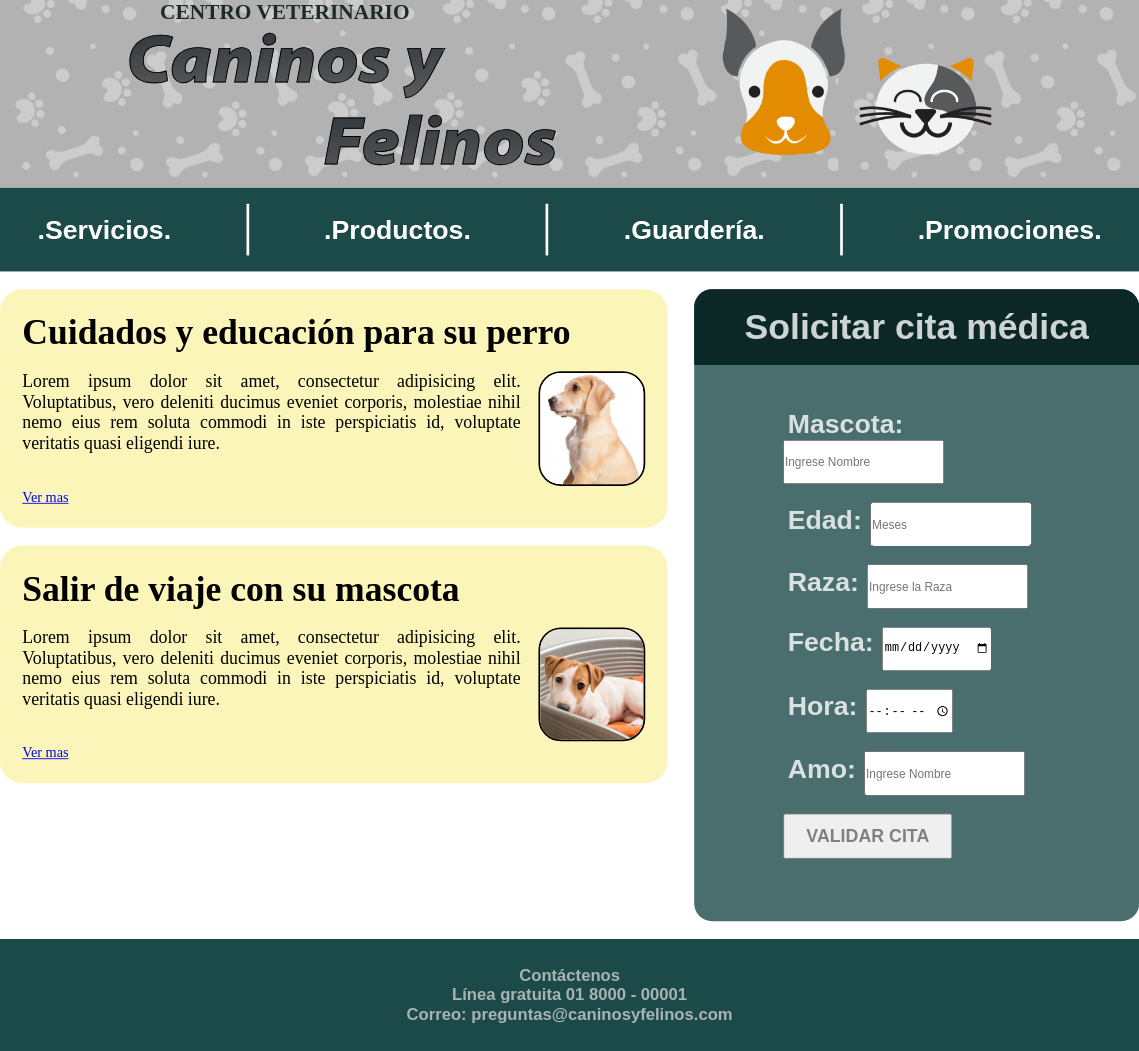
Repository: mariomr87/senaweb01
Page: principal.html
The author's editor kept a copy of each file at every save. The page is drawn from the files as they stood at one save, then again after the next save.
The browser window is 1280 px wide. The pictures show the whole page, at 89% of full size.

Above is the page before, as saved 2021-10-23 13:50:41.

### principal.html
<!DOCTYPE html>
<html lang="en">
<head>
    <meta charset="UTF-8">
    <meta http-equiv="X-UA-Compatible" content="IE=edge">
    <meta name="viewport" content="width=device-width, initial-scale=1.0">
    <link rel="stylesheet" href="estilos.css">
    <title>Document</title>
</head>
<body>
    <div>
        <header>
            <div id="cabecera">
                <div class="header-text">
                    <h3>CENTRO VETERINARIO</h3>
                    <h1><span id="header-text-degrad">Caninos y <br><span id="text-felinos">Felinos</span></spa></h1>
                </div>
                <div class="header-img">
                    <img src="./imagenes/dog_white.png" alt="">
                    <img src="./imagenes/cat_white.png" alt="">
                </div>
            </div>
        </header>
        <nav>
            <td>
                <tr><a href="">.Servicios.</a><span class="linea"></span></tr>
                <tr><a href="">.Productos.</a><span class="linea"></span></tr>
                <tr><a href="">.Guardería.</a><span class="linea"></span></tr>
                <tr><a href="">.Promociones.</a></tr>
            </td>
        </nav>
        <div class="centro-pag">
            <section>
                <article>
                    <h2>Cuidados y educación para su perro</h2>
                    <div class="centropag-texto">
                        <p>Lorem ipsum dolor sit amet, consectetur adipisicing elit. Voluptatibus, vero deleniti ducimus eveniet corporis, molestiae nihil nemo eius rem soluta commodi in iste perspiciatis id, voluptate veritatis quasi eligendi iure.</p>
                        <div><img src="./imagenes/perro1.png" alt=""></div>
                    </div>
                    <a href="#">Ver mas</a>
                </article>
                <article>
                    <h2>Salir de viaje con su mascota</h2>
                    <div class="centropag-texto">
                        <p>Lorem ipsum dolor sit amet, consectetur adipisicing elit. Voluptatibus, vero deleniti ducimus eveniet corporis, molestiae nihil nemo eius rem soluta commodi in iste perspiciatis id, voluptate veritatis quasi eligendi iure.</p>
                        <div><img src="./imagenes/perro2.png" alt=""></div>
                    </div>
                    <a href="#">Ver mas</a>
                </article>
            </section>
            <aside>
                <form action="">
                    <div><h2>Solicitar cita médica</h2></div>
                    <div class="cuestionario">
                        <label for="mascota_name">Mascota:</label>
                        <input type="text" placeholder="Ingrese Nombre" id=""><br>

                        <label for="age_pet">Edad:</label>
                        <input type="number" name="" id="" placeholder="Meses"><br>

                        <label for="raza_pet">Raza:</label>
                        <input type="text" name="" id="" placeholder="Ingrese la Raza"><br>

                        <label for="fecha_ingreso_pet">Fecha:</label>
                        <input type="date" name="" id=""><br>

                        <label for="hora_ingreso_pet">Hora:</label>
                        <input type="time" name="" id=""><br>

                        <label for="amo_pet">Amo:</label>
                        <input type="text" name="" id="" placeholder="Ingrese Nombre"><br>

                        <button type="submit">VALIDAR CITA</button>
                    </div>
                </form>
            </aside>
        </div>
        <footer>
            <h3>Contáctenos</h3>
            <h3>Línea gratuita 01 8000 - 00001</h3>
            <h3>Correo: preguntas@caninosyfelinos.com</h3>
        </footer>
    </div>
</body>
</html>

### estilos.css
*{
    margin: 0px;
    padding: 0px;
    box-sizing:border-box;
}

@font-face {
    font-family: Myriad_Pro ;
    src: url(./extra/MyriadProBlackSemiExtendedItalic.otf);
}

h1{
    font-family: Myriad_pro;
}

header div img{
    width: 10em;
}

#cabecera{
    background-image: url("./imagenes/fondo.png");
    background-repeat: initial;
    width: 100%;
    display: flex;
    text-align: center;
}

.header-text,.header-img{
    width:50%;
}

.header-text h3{
    font-size: 1.5em;
    color:#1c2c24;
}

.header-text h1{
    font-size: 4.8em;
}

#header-text-degrad{
    background: linear-gradient(#30373b,#5c5c5c);
    -webkit-background-clip: text;
    -webkit-text-fill-color: transparent;
    -webkit-text-stroke: 1px black;
}

#text-felinos{
    margin-left: 350px;
}

nav{
    display: flex;
    flex-direction: row;
    justify-content: space-around;
    background: #1c4a48;
    margin-bottom: 20px;
}

nav a{
    color: #fff;
    font-weight: bold;
    text-decoration: none;
    font-size: 30px;
    font-family: Arial, Helvetica, sans-serif;
    padding: 30px 0;
}

.linea{
    border-right: 3px solid #fff;
    margin: 18px 0;
}

.centro-pag{
    display: flex;
}

.centropag-texto{
    display: flex;
    padding-top: 20px;
}

section{
    width: 60%;
    margin-right: 30px;
}

article{
    background: #fbf5ba;
    margin-bottom: 20px;
    padding: 25px;
    border-radius: 25px;
}

article h2{
    font-size: 40px;
}

article p{
    font-size: 20px;
    text-align: justify;
    padding-right: 20px;
}

article div img {
    width: 120px;
    border: 2px solid black;
    border-radius: 25px;
}

form  div h2{
    background:#0b2826 ;
    border-radius: 20px 20px 0 0;
    color: #ced4d4;
    font-size: 40px;
    padding: 20px 0;
    text-align: center;
}

aside{
    font-family: Arial, Helvetica, sans-serif;
    background: #496e6d;
    width: 40%;
    border-radius: 20px;
}

form label{
    font-weight:bold;
    font-size: 30px;
    color: #dae1e1;
    padding: 5px;
}

.cuestionario{
    padding: 10% 20%;
}

.cuestionario label,input,button{
    margin-bottom: 20px;
}

.cuestionario input{
    height: 50px;
}

.cuestionario button{
    font-size: 20px;
    padding: 4% 8%;
    font-weight: 600;
    color: gray;

}

footer{
    text-align: center;
    background: #1c4a48;
    color: #a8b4b3;
    padding: 30px 0;
    font-family: Arial, Helvetica, sans-serif;
    margin-top: 20px;
}

After the next save:
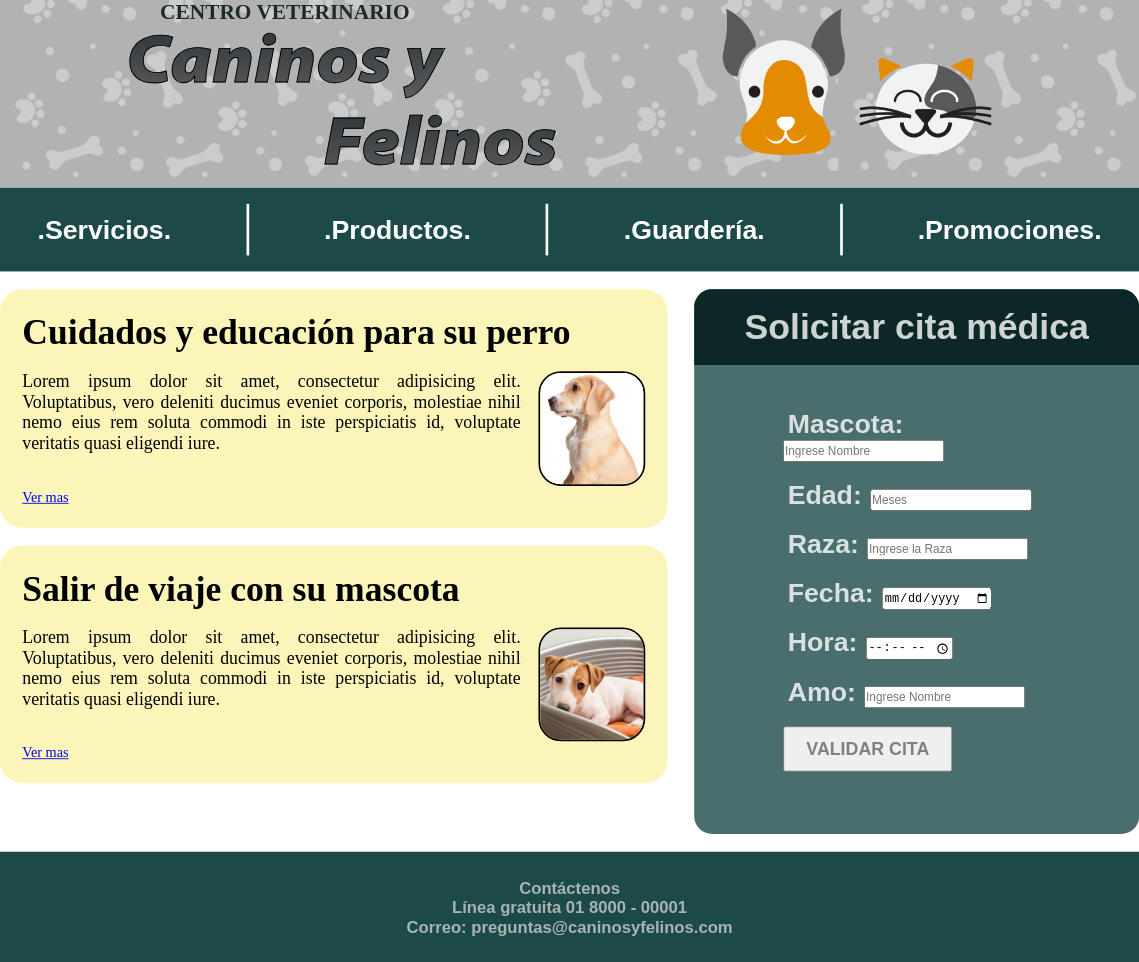
Saved 4 s later.
--- a/estilos.css
+++ b/estilos.css
@@ -140,7 +140,7 @@ form label{
 }
 
 .cuestionario input{
-    height: 50px;
+    height: 25px;
 }
 
 .cuestionario button{
